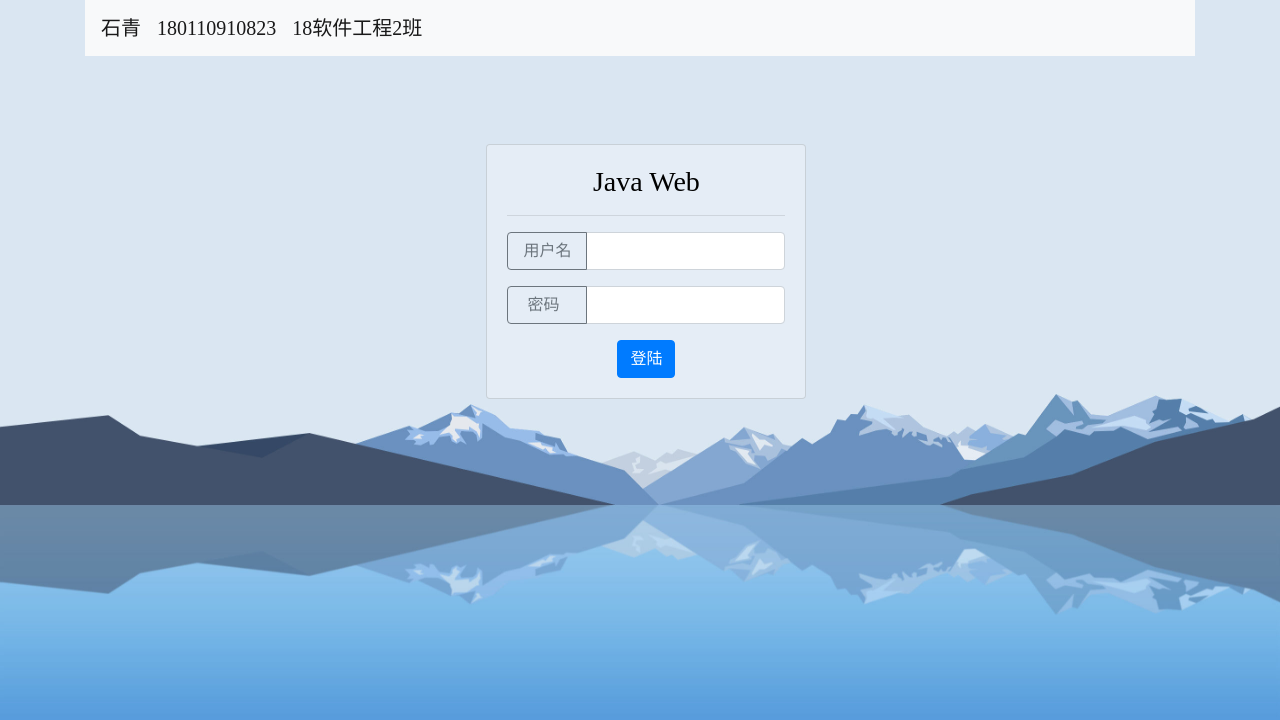
Repository: sqsssq/JavaWeb
Page: class1/IDEA/web/successful.html
The author's editor kept a copy of each file at every save. The page is drawn from the files as they stood at one save, then again after the next save.
The browser window is 1280 px wide. The pictures show the whole page.

Above is the page before, as saved 2020-09-25 00:36:50.

After the next save:
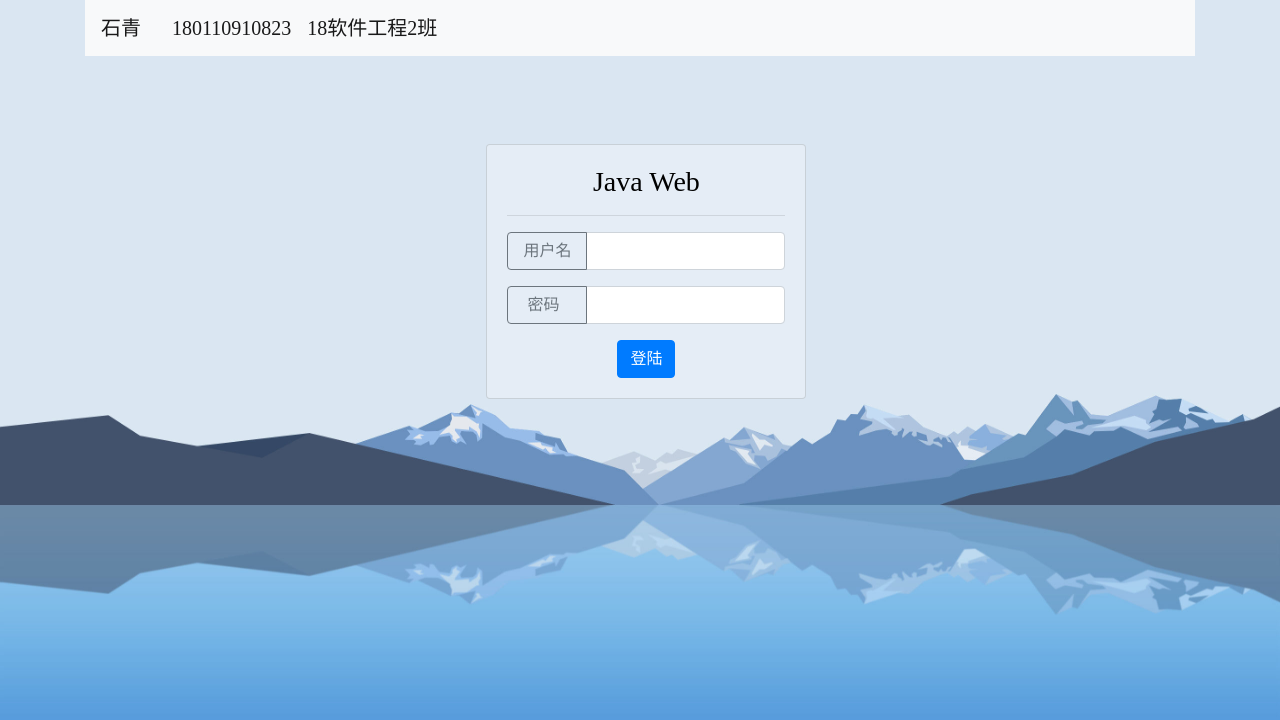
Saved 37 s later.
--- a/class1/IDEA/web/successful.html
+++ b/class1/IDEA/web/successful.html
@@ -1,7 +1,7 @@
 <!--
  * @Author: your name
  * @Date: 2020-09-23 10:46:47
- * @LastEditTime: 2020-09-25 00:36:50
+ * @LastEditTime: 2020-09-25 00:37:27
  * @LastEditors: Please set LastEditors
  * @Description: In User Settings Edit
  * @FilePath: \IDEA\web\successful.html
@@ -33,7 +33,7 @@
 <body>
     <div class="container" style="font-family: 华文行楷;">
         <nav class="navbar navbar-expand-lg navbar-light bg-light">
-            <a class="navbar-brand" href="#">石青</a>
+            <a class="navbar-brand" href="#">石青 &nbsp;&nbsp;</a>
             <a class="navbar-brand" href="#">180110910823</a>
             <a class="navbar-brand" href="#">18软件工程2班</a>
 

After the save that followed:
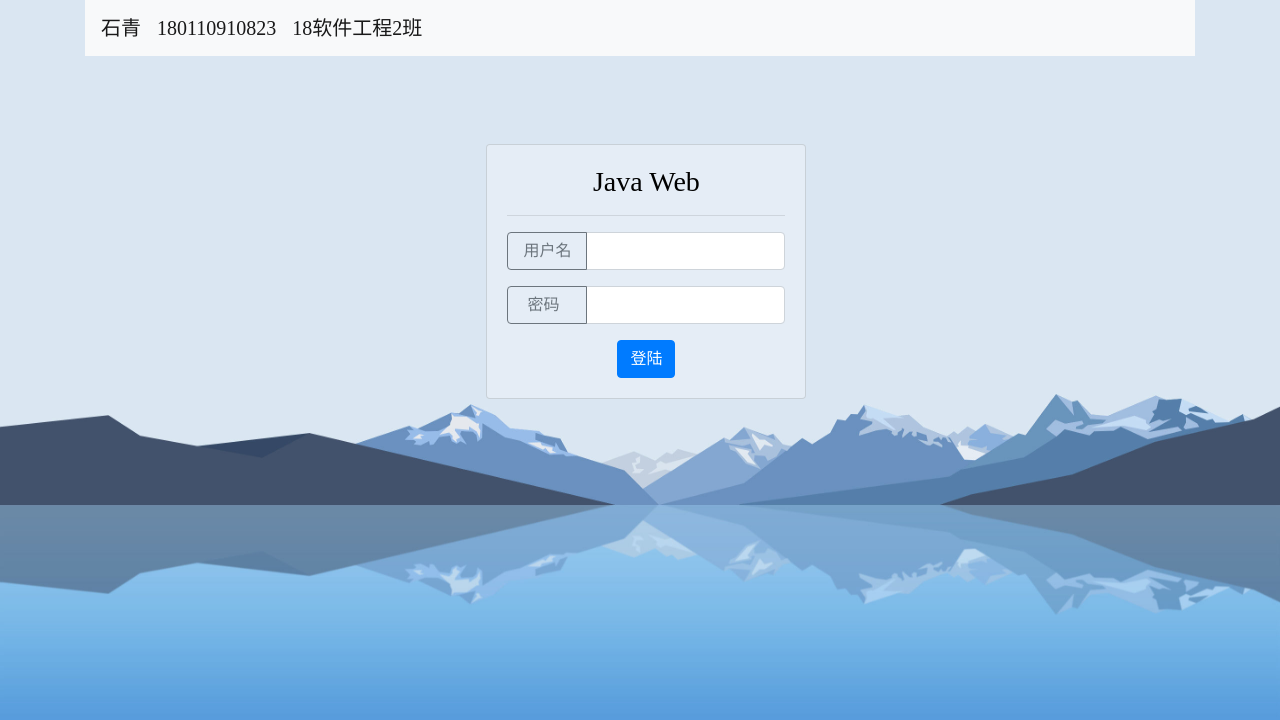
Saved 33 s later.
--- a/class1/IDEA/web/successful.html
+++ b/class1/IDEA/web/successful.html
@@ -1,7 +1,7 @@
 <!--
  * @Author: your name
  * @Date: 2020-09-23 10:46:47
- * @LastEditTime: 2020-09-25 00:37:27
+ * @LastEditTime: 2020-09-25 00:38:00
  * @LastEditors: Please set LastEditors
  * @Description: In User Settings Edit
  * @FilePath: \IDEA\web\successful.html
@@ -32,8 +32,8 @@
 </head>
 <body>
     <div class="container" style="font-family: 华文行楷;">
-        <nav class="navbar navbar-expand-lg navbar-light bg-light">
-            <a class="navbar-brand" href="#">石青 &nbsp;&nbsp;</a>
+        <nav class="navbar navbar-expand-lg navbar-light bg-light" style="text-align: center;">
+            <a class="navbar-brand" href="#">石青</a>
             <a class="navbar-brand" href="#">180110910823</a>
             <a class="navbar-brand" href="#">18软件工程2班</a>
 
